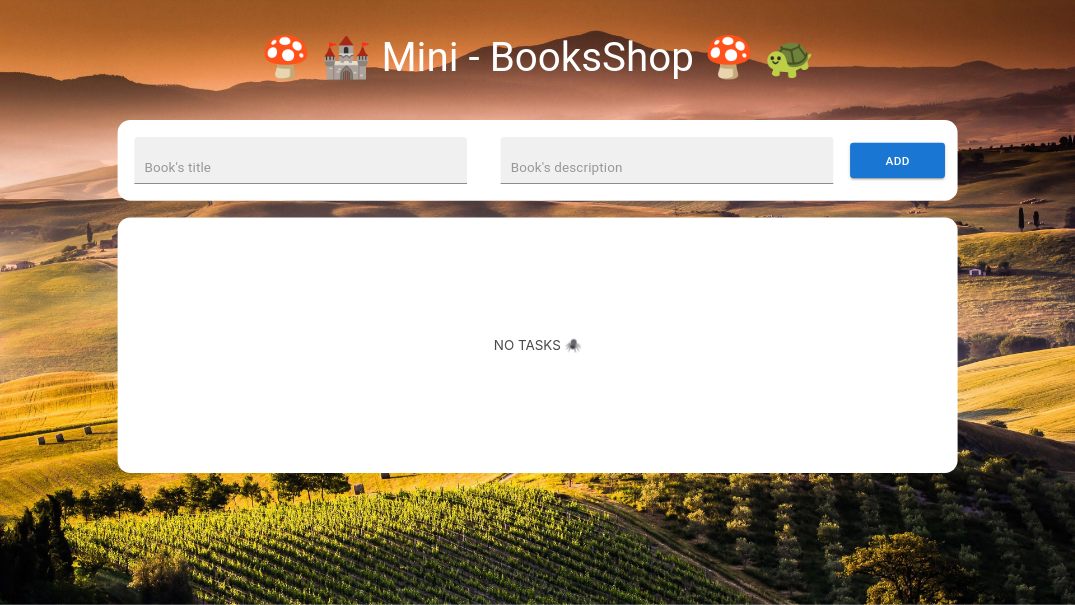
Repository: Tracy-maker/mini-bookshop
Page: /
The author's editor kept a copy of each file at every save. The page is drawn from the files as they stood at one save, then again after the next save.
The browser window is 1280 px wide. The pictures show the whole page, at 84% of full size.
The project was rebuilt for these pictures with package versions that can differ from the ones it lists, and the page was loaded fresh each time. Also part of the build but not shown: src/components/BookEdit.js, src/components/TaskShow.js.

Above is the page before, as saved 2023-09-21 16:18:16.

### src/index.js
import "./index.css";
import React from "react";
import ReactDOM from "react-dom/client";
import App from "./App";


const el = document.getElementById("root");
const root = ReactDOM.createRoot(el);

root.render(
  <React.StrictMode>
    <App />
  </React.StrictMode>
);

### src/App.js
import { useState, useEffect } from "react";
import CreateTask from "./components/CreateBook";
import TaskList from "./components/TaskList";
import { Box, Stack } from "@mui/material";
import styled from "styled-components";
import Typography from "@mui/material/Typography";
import Image1 from "./image/7.jpg";

const StyledContainer = styled(Stack)`
  height: 100vh;
  width: 100%;
  display: flex;
  align-items: stretch;
  padding-top: 30px;
  background-image: url(${Image1});
  background-size: cover;
  background-repeat: no-repeat;
  gap: 20px;
`;

const TaskForm = styled(Box)`
  margin-left: auto;
  margin-right: auto;
  width: 1000px;
  background-color: white;
  border-radius: 15px;

  @media (max-width: 768px) {
    width: 100%;
  }
`;
const Title = styled(Typography)`
  color: white;
  margin: auto;
  width: 100%;
  padding: 10px;
  text-align: center;
`;

function App() {
  const [tasks, setTasks] = useState(() => {
    const localValue = localStorage.getItem("tasks");
    if (localValue == null) return [];
    return JSON.parse(localValue);
  });

  useEffect(() => {
    localStorage.setItem("tasks", JSON.stringify(tasks));
  }, [tasks]);

  const createTask = (title, description) => {
    const newTask = {
      id: crypto.randomUUID(),
      title: title,
      description: description,
      status: "inProgress",
    };

    const existingTasks = JSON.parse(localStorage.getItem("tasks")) || [];
    existingTasks.push(newTask);
    localStorage.setItem("tasks", JSON.stringify(existingTasks));
    setTasks(existingTasks);
  };

  const deleteTasksById = (id) => {
    const existingTasks = JSON.parse(localStorage.getItem("tasks")) || [];
    const updatedTasks = existingTasks.filter((task) => {
      return task.id !== id;
    });
    localStorage.setItem("tasks", JSON.stringify(updatedTasks));
    setTasks(updatedTasks);
  };

  const editTaskById = (id, newTitle, newDescription) => {
    const existingTasks = JSON.parse(localStorage.getItem("tasks")) || [];
    const taskToEdit = existingTasks.findIndex((task) => task.id === id);

    if (taskToEdit) {
      const updatedTask = {
        ...taskToEdit,
        title: newTitle,
        description: newDescription,
      };

      const updatedTasks = existingTasks.map((task) =>
        task.id === id ? updatedTask : task
      );
      localStorage.setItem("tasks", JSON.stringify(updatedTasks));
      setTasks(updatedTasks);
    }
  };

  return (
    <StyledContainer>
      <Title variant="h3" gutterBottom>
        🍄 🏰 Mini - BooksShop 🍄 🐢
      </Title>
      <TaskForm>
        <CreateTask onCreate={createTask} />
      </TaskForm>
      <TaskForm>
        <TaskList
          tasks={tasks}
          onDelete={deleteTasksById}
          onEdit={editTaskById}
        />
      </TaskForm>
    </StyledContainer>
  );
}
export default App;

### src/components/CreateBook.js
import * as React from "react";
import Stack from "@mui/material/Stack";
import TextField from "@mui/material/TextField";
import Button from "@mui/material/Button";
import { useState } from "react";
import { styled } from "@mui/material";

const Input = styled(TextField)`
  padding:2%;
  width: 80%;
`;

const AddButton = styled(Button)`
  margin: auto;
  width: 20%;
  padding: 9px;
  text-align: center;
  margin-right: 15px;
`;

function CreateTask(props) {
  const [title, setTitle] = useState("");
  const [description, setDescription] = useState("");

  const handleChange = (event) => {
    const { name, value } = event.target;
    if (name === "title") {
      setTitle(value);
    } else if (name === "description") {
      setDescription(value);
    }
  };

  const handleSubmit = (event) => {
    event.preventDefault();
    if (title.trim() !== "" || description.trim() !== "") {
      props.onCreate( title, description );
      setTitle("");
      setDescription("");
    }
  };

  return (
    <Stack onSubmit={handleSubmit} component="form" direction="row">
      <Input
        name="title"
        value={title}
        onChange={handleChange}
        placeholder="Book's title"
        variant="filled"
      />
      <Input
        name="description"
        value={description}
        onChange={handleChange}
        placeholder="Book's description"
        variant="filled"
      />
      <AddButton type="submit" variant="contained">
        Add
      </AddButton>
    </Stack>
  );
}

export default CreateTask;

### src/components/TaskList.js
import React from "react";
import TaskShow from "./TaskShow";
import { Box } from "@mui/material";
import styled from "styled-components";

const Reminder = styled(Box)`
  text-align: center;
  padding: ${(props) => (props.noTasks ? "14%" : "0")};
`;

function TaskList(props) {
  const renderedTasksList = props.tasks.map((task) => {
    return (
      <TaskShow
        key={task.id}
        task={task}
        onDelete={props.onDelete}
        onEdit={props.onEdit}
        toggleCheckedBoxById={props.toggleCheckedBoxById}
      />
    );
  });

  return (
    <>
      <Reminder noTasks={props.tasks.length === 0}>
        {props.tasks.length === 0 && "NO TASKS 🕷️"}
      </Reminder>
      {renderedTasksList}
    </>
  );
}

export default TaskList;

Loaded but not shown: public/index.html (common file); src/index.css (library)

After the next save:
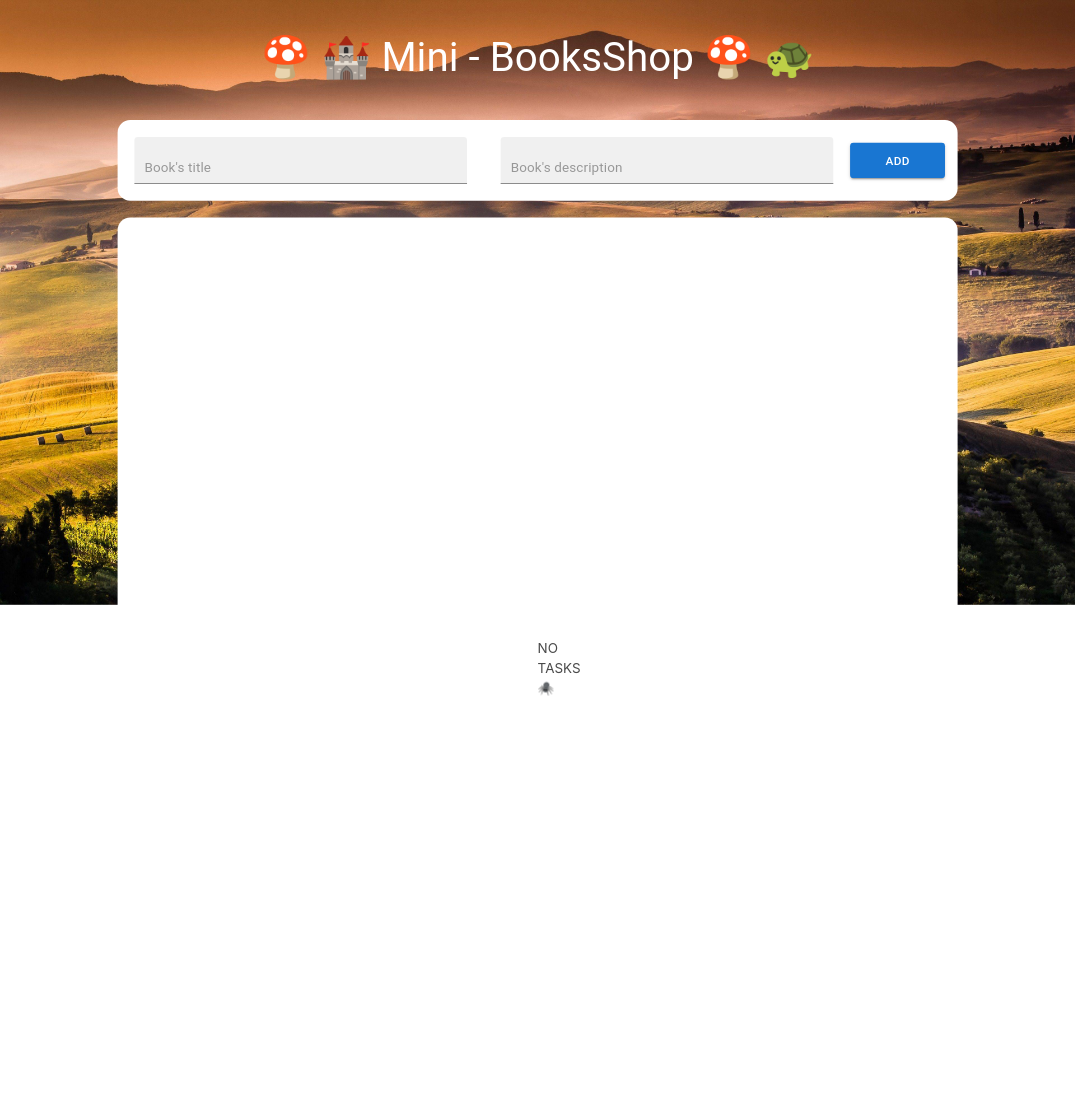
Saved 2 min 45 s later.
--- a/src/components/TaskList.js
+++ b/src/components/TaskList.js
@@ -5,7 +5,7 @@ import styled from "styled-components";
 
 const Reminder = styled(Box)`
   text-align: center;
-  padding: ${(props) => (props.noTasks ? "14%" : "0")};
+  padding: ${(props) => (props.noTasks ? "50%" : "0")};
 `;
 
 function TaskList(props) {
